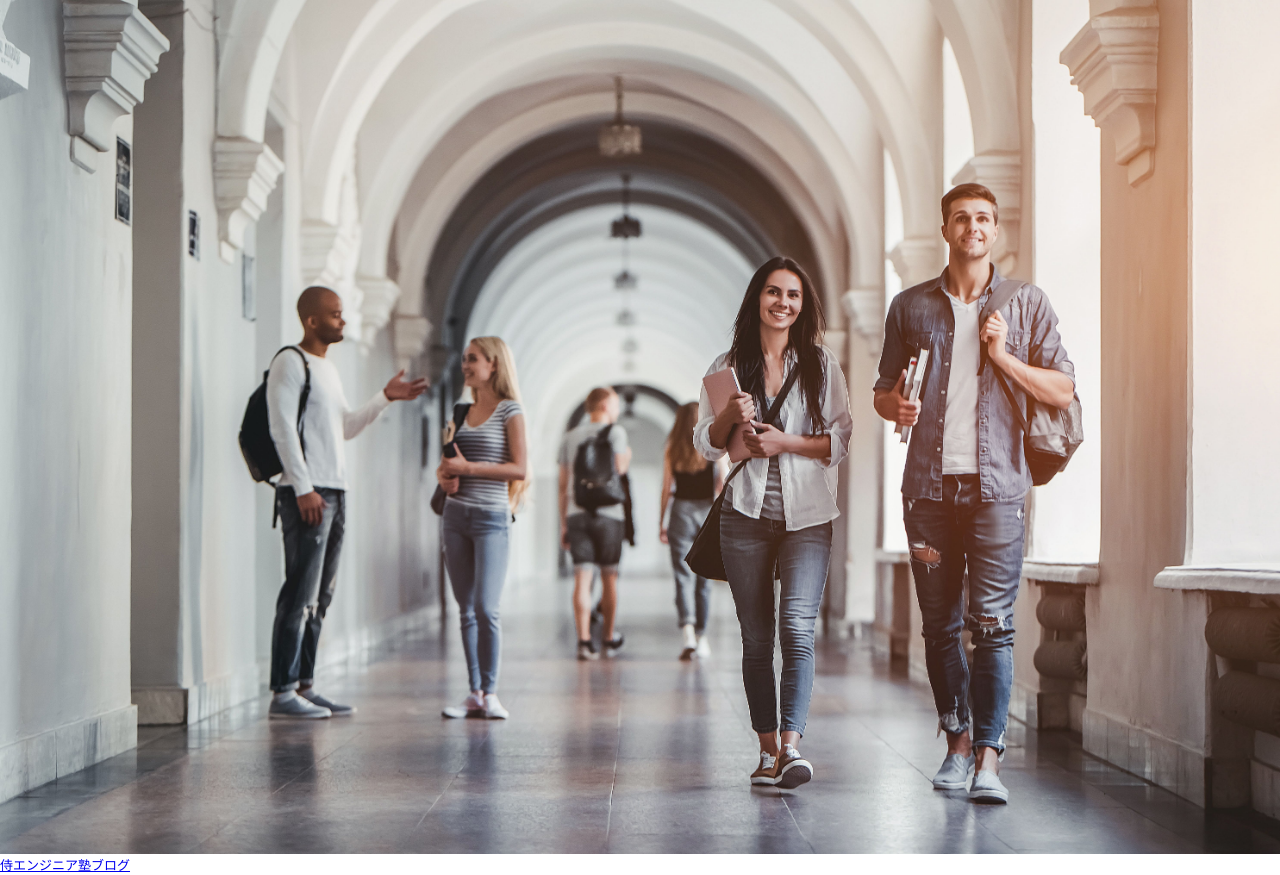
Repository: sai1358/samurai_HTML-CSS
Page: home.html
The author's editor kept a record of every edit. The page is drawn from the files as they stood at one moment, then again after the next edit.
The browser window is 1280 px wide. The pictures show the whole page.

Above is the page before.

After the next edit:
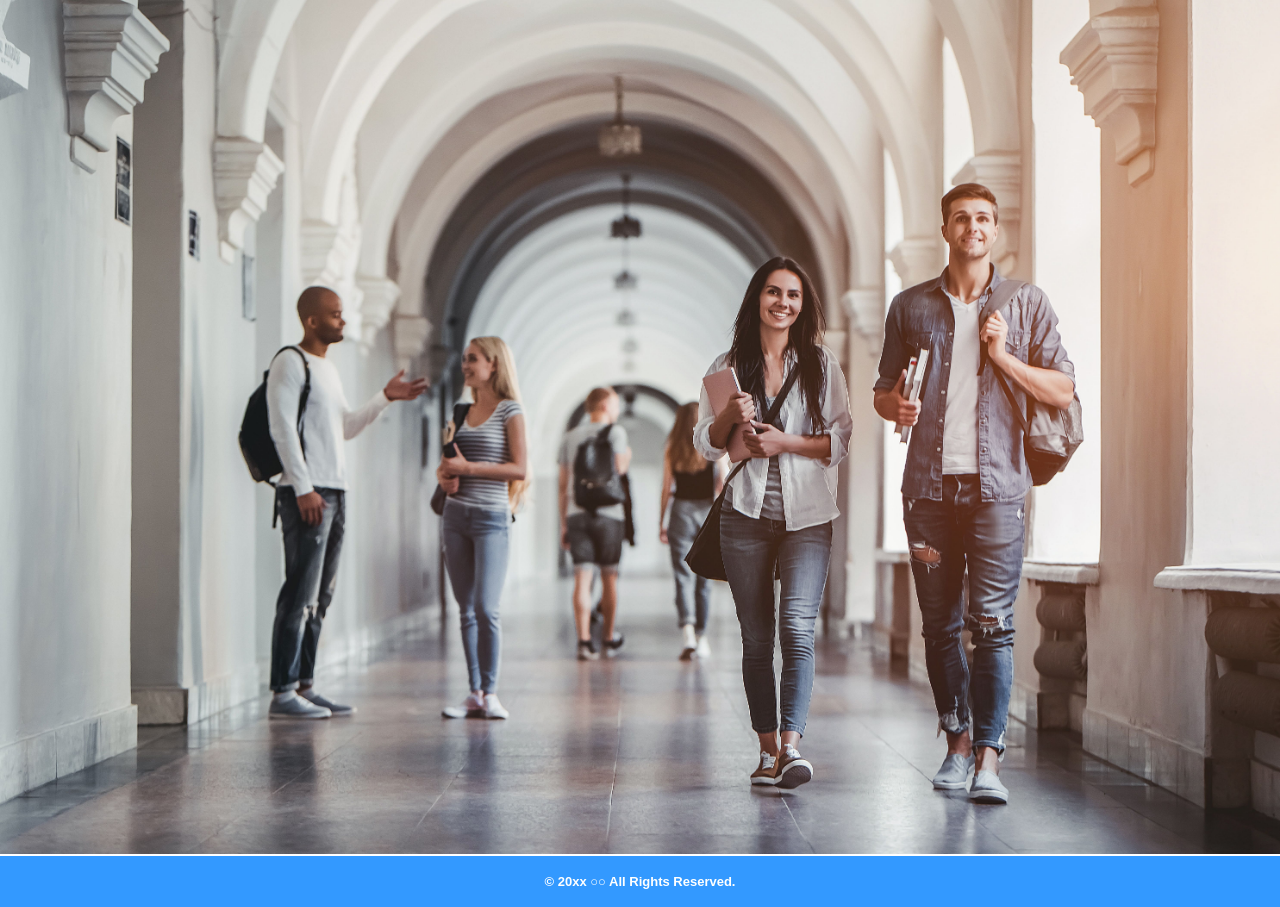
The edit:
--- a/home.html
+++ b/home.html
@@ -10,7 +10,9 @@
         <h1><a href="index.html"><img id="corridor" src="images/corridor.jpg" alt="大学の廊下" /></a></h1>
      </div>
     <div id="wrapper">
-        <a href="https://www.sejuku.net/blog/">侍エンジニア塾ブログ</a>
     </div>
+    <div id="footer">
+       <p>&copy; 20xx ○○ All Rights Reserved.</p>
+     </div>
   </body>
  </html>
